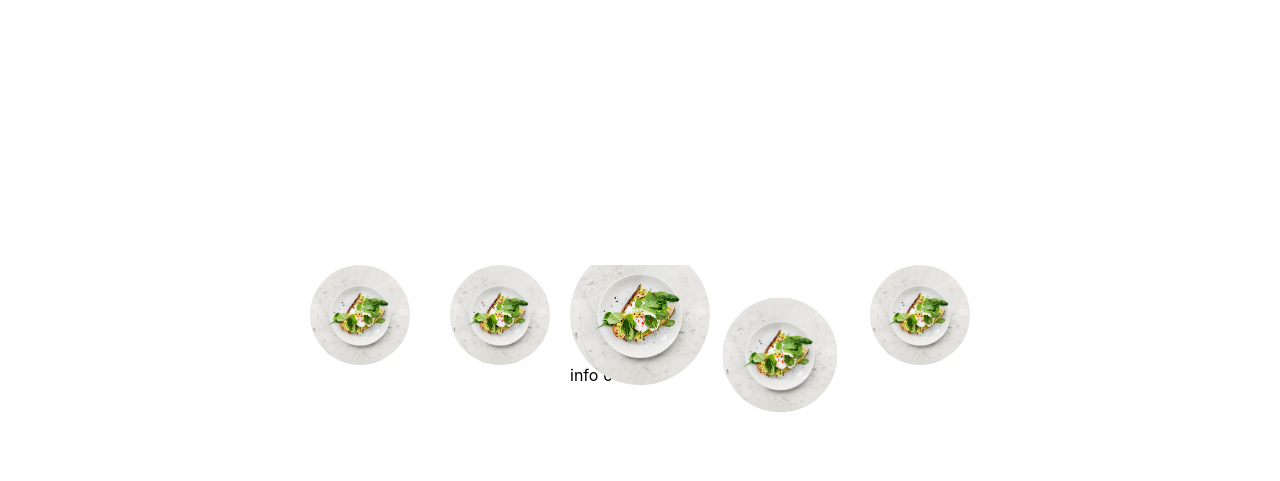
Repository: nambui98/slider
Page: /
An editor plug-in stored every save of this project. The page is shown before and after the next save, followed by the edit.
The browser window is 1280 px wide. The pictures show the whole page.
The project was rebuilt for these pictures with package versions that can differ from the ones it lists, and the page was loaded fresh each time. Also part of the build but not shown: vite.config.ts.

Above is the page before, as saved 2022-04-12 10:44:23.

### src/App.tsx
import { useState } from 'react'
import Horizolsider from './components/horizolslider/Horizolsider'
import logo from './logo.svg'
import './App.css'
import "slick-carousel/slick/slick.css";
import "slick-carousel/slick/slick-theme.css";
function App() {
  const [count, setCount] = useState(0)

  return (
    <div className="App">
      <Horizolsider />
    </div>
  )
}

export default App

### src/components/horizolslider/Horizolsider.tsx
import React, { useEffect, useRef, useState } from 'react'
import styled from 'styled-components'
import Slider from "react-slick";
import image1 from '../../assets/images/pexels-daria-shevtsova-1095550.jpg'

type Props = {}

const Wrapper = styled.div`
    width: 700px;
    /* margin: auto; */
`
const Item = styled.div`
    height: 150px;
    /* margin-top: 50px; */
    transition: all .3s;
        display: flex;
    justify-content: end;
    align-items: center;
    flex-direction: column;
    /* display: flex !important;
    justify-content: center;
    align-items: flex-end;
    margin-bottom: 100px; */
    /* position: relative;
     */
    /* margin: 0 15px; */
    .info{
        visibility: hidden;
    }
    img{
        object-fit: cover;
        margin: 0 auto;
        /* width: 100px;
        height: 100px; */
        width: 100px;
        height: 100px;
        border-radius: 50%;
        transition: all .3s;
    }
    &.active{
        /* width: 150px;
        height: 100px; */
        /* height: 200px; */
        /* margin-top: 30px; */
        img{

            /* width: 100%; */
            transform: scale(1.4)
        }
        .info{
            visibility: visible;
        }
    }
    &.near{
        /* width: 150px;
        height: 100px; */
        /* height: 200px; */
        margin-top: 40px;
        img{

            /* width: 100%; */
            transform: scale(1.15)
        }


    }
`
const Horizolsider = (props: Props) => {
    const [activeIndex, setActiveIndex] = useState<number>(0);
    const settings = {
        className: "listItem",
        dots: false,
        infinite: true,
        speed: 500,
        slidesToShow: 5,
        slidesToScroll: 1,
        centerMode: true,
        focusOnSelect: true,
        centerPadding: '0px',
        // adaptiveHeight: true,
        beforeChange: (current: any, next: any) => {
            setActiveIndex(next)

        },
    };

    return (
        <div style={{ display: "flex", height: "100vh", justifyContent: "center", alignItems: "center" }}>
            <Wrapper>
                <Slider {...settings}>
                    {
                        [...Array(10).keys()].map((i, index) =>
                            <Item className={`${index === activeIndex ? "active" : (activeIndex - index) === 1 || (index - activeIndex) === 1 ? "near" : ""}`}>
                                <img src={image1} alt="" />
                                <div className="info">info {i}</div>
                            </Item>
                        )
                    }
                </Slider>
            </Wrapper>
        </div>
    )
}
export default Horizolsider

### src/App.css
*{
  padding: 0;
  margin: 0;
  box-sizing: border-box;
}
.listItem{

}

Loaded but not shown: index.html (common file); src/main.tsx (common file); src/index.css (common file)

After the next save:
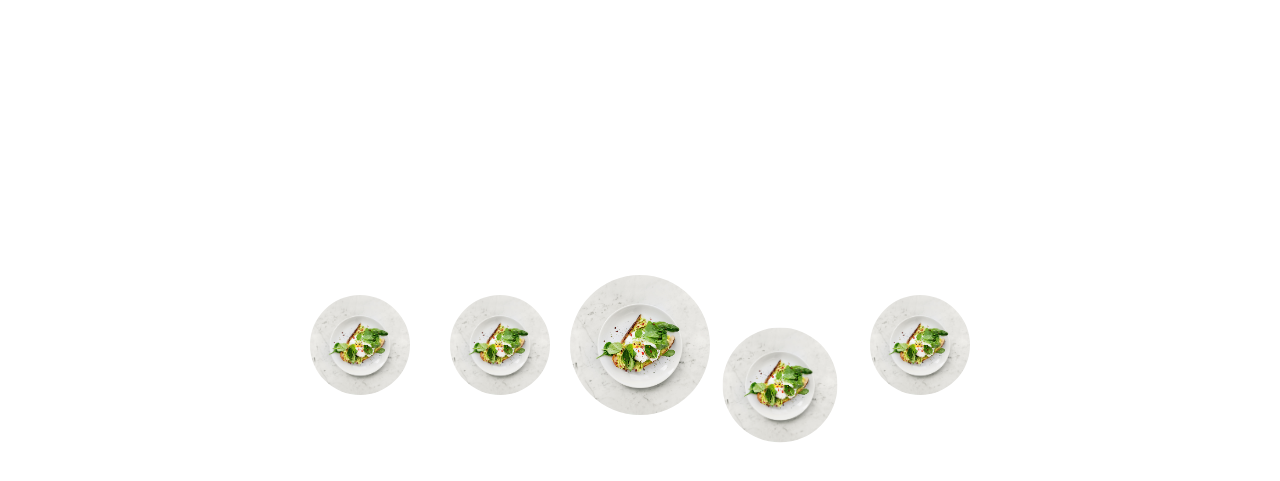
Saved 18 s later.
--- a/src/components/horizolslider/Horizolsider.tsx
+++ b/src/components/horizolslider/Horizolsider.tsx
@@ -13,7 +13,7 @@ const Item = styled.div`
     height: 150px;
     /* margin-top: 50px; */
     transition: all .3s;
-        display: flex;
+        display: flex !important;
     justify-content: end;
     align-items: center;
     flex-direction: column;
